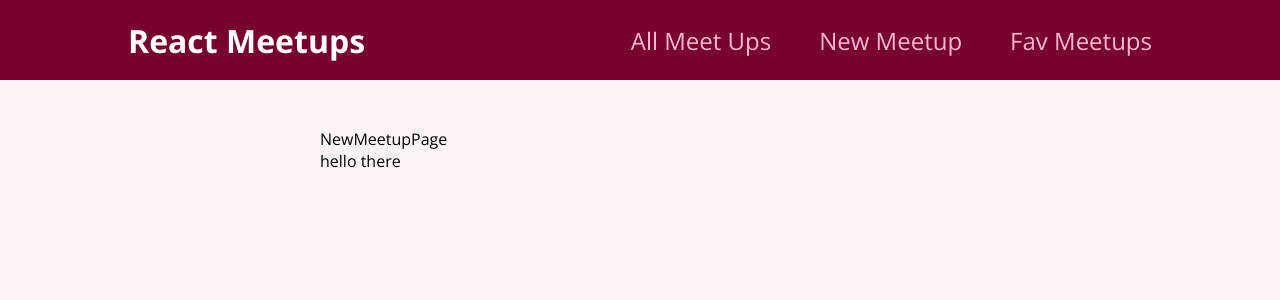
Repository: portretrieve/react-meetup-app
Page: /meet
An editor plug-in stored every save of this project. The page is shown before and after the next save, followed by the edit.
The browser window is 1280 px wide. The pictures show the whole page.
The project was rebuilt for these pictures with package versions that can differ from the ones it lists, and the page was loaded fresh each time. A package was used in the major version that the imports need, not the one package.json lists. Also part of the build but not shown: src/components/meetups/MeetupList.module.css, src/components/meetups/Meetupitem.module.css, src/components/userInterface/Card.module.css, src/components/userInterface/Card.js, src/components/meetups/MeetupItem.js, src/components/meetups/MeetupList.js, src/pages/AllMeetups.js, src/pages/Favourites.js and 1 more.

Above is the page before, as saved 2021-08-19 01:01:01.

### src/App.js
import { Route, Switch } from "react-router-dom";

import AllMeetupsPage from "./pages/AllMeetups";
import FavouritesPage from "./pages/Favourites";
import NewMeetupPage from "./pages/NewMeetup";
import Layout from "./components/layout/Layout";

function App() {
  return (
    <Layout>
      <Switch>
        <Route path="/" exact>
          <AllMeetupsPage />
        </Route>
        <Route path="/meet">
          <NewMeetupPage />
        </Route>
        <Route path="/fav">
          <FavouritesPage />
        </Route>
      </Switch>
    </Layout>
  );
}

export default App;

### src/pages/NewMeetup.js
import NewMeetupForm from "../components/meetups/NewMeetupForm";

function NewMeetupPage() {
  return (
    <div>
      NewMeetupPage
      <NewMeetupForm />
    </div>
  );
}

export default NewMeetupPage;

### src/components/layout/Layout.js
import classes from "./Layout.module.css";
import MainNavigation from "./MainNavigation";
function Layout(props) {
  return (
    <div>
      <MainNavigation></MainNavigation>
      <main className={classes.main}>{props.children}</main>
    </div>
  );
}

export default Layout;

### src/components/meetups/NewMeetupForm.js
import classes from "./NewMeetupForm.module.css";

function NewMeetupForm() {
  return <div>hello there</div>;
}
export default NewMeetupForm;

### src/components/layout/MainNavigation.js
import { Link } from "react-router-dom";
import classes from "./MainNavigation.module.css";

function MainNavigation() {
  return (
    <header className={classes.header}>
      <div className={classes.logo}>React Meetups</div>
      <nav>
        <ul>
          <li>
            <Link to="/">All Meet Ups</Link>
          </li>
          <li>
            <Link to="/meet">New Meetup</Link>
          </li>
          <li>
            <Link to="/fav">Fav Meetups</Link>
          </li>
        </ul>
      </nav>
    </header>
  );
}

export default MainNavigation;

Loaded but not shown: public/index.html (common file); src/index.js (common file); src/index.css (common file); src/components/layout/Layout.module.css (common file); src/components/layout/MainNavigation.module.css (common file)

After the next save:
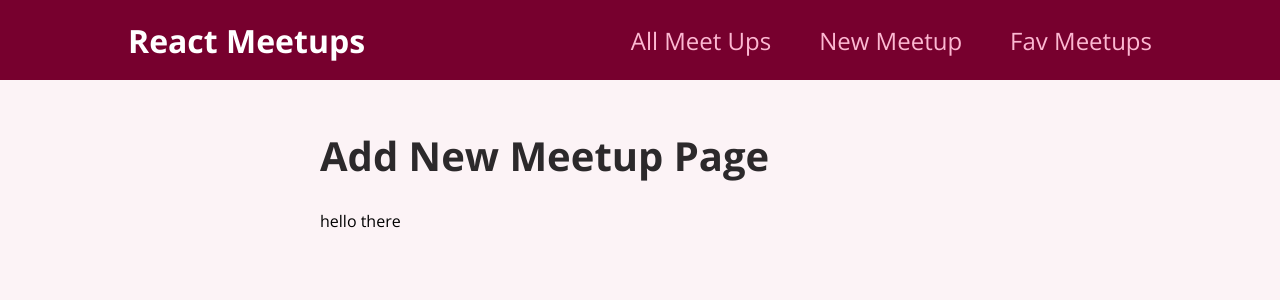
Saved 20 s later.
--- a/src/pages/NewMeetup.js
+++ b/src/pages/NewMeetup.js
@@ -3,7 +3,7 @@ import NewMeetupForm from "../components/meetups/NewMeetupForm";
 function NewMeetupPage() {
   return (
     <div>
-      NewMeetupPage
+      <h1>Add New Meetup Page</h1>
       <NewMeetupForm />
     </div>
   );
